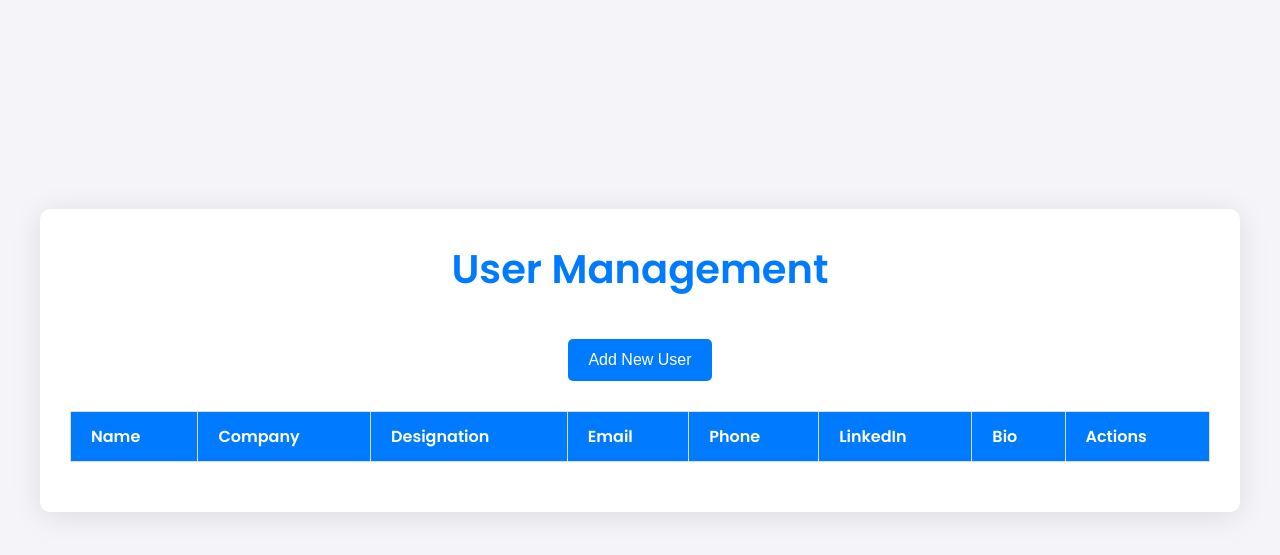
Repository: anazhtz/index
Page: index.html
The author's editor kept a copy of each file at every save. The page is drawn from the files as they stood at one save, then again after the next save.
The browser window is 1280 px wide. The pictures show the whole page.

Above is the page before, as saved 2024-11-14 15:18:04.

### index.html
<!DOCTYPE html>
<html lang="en">
<head>
    <meta charset="UTF-8">
    <meta name="viewport" content="width=device-width, initial-scale=1.0">
    <meta http-equiv="X-UA-Compatible" content="ie=edge">
    <title>User Management - CRUD</title>
    <link href="https://fonts.googleapis.com/css2?family=Poppins:wght@300;400;500;600&display=swap" rel="stylesheet">
    <link rel="stylesheet" href="styles.css">
</head>
<body>
    <div class="container">
        <header>
            <h1>User Management</h1>
        </header>

        <div class="actions">
            <button class="btn add-btn" id="addBtn">Add New User</button>
        </div>

        <!-- Table to display users -->
        <div class="table-container">
            <table id="userTable">
                <thead>
                    <tr>
                        <th>Name</th>
                        <th>Company</th>
                        <th>Designation</th>
                        <th>Email</th>
                        <th>Phone</th>
                        <th>LinkedIn</th>
                        <th>Bio</th>
                        <th>Actions</th>
                    </tr>
                </thead>
                <tbody id="userTableBody">
                    <!-- User rows will be added dynamically -->
                </tbody>
            </table>
        </div>
    </div>

    <!-- User Form Modal -->
    <div class="modal" id="userModal">
        <div class="modal-content">
            <span class="close-btn" id="closeModal">&times;</span>
            <h2 id="modalTitle">Add New User</h2>
            <form id="userForm">
                <input type="hidden" id="userId">
                <input type="text" id="userName" placeholder="Full Name" required>
                <input type="text" id="userCompany" placeholder="Company Name" required>
                <input type="text" id="userDesignation" placeholder="Designation" required>
                <input type="email" id="userEmail" placeholder="Email Address" required>
                <input type="text" id="userPhone" placeholder="Phone Number" required>
                <input type="text" id="userLinkedin" placeholder="LinkedIn URL" required>
                <textarea id="userBio" placeholder="Short Bio" required></textarea>
                <button type="submit" class="btn">Save User</button>
            </form>
        </div>
    </div>

    <script src="script.js"></script>
</body>
</html>

### styles.css
/* General Reset */
* {
    margin: 0;
    padding: 0;
    box-sizing: border-box;
}

/* Body Styling */
body {
    font-family: 'Poppins', sans-serif;
    background-color: #f4f4f9;
    color: #333;
    display: flex;
    justify-content: center;
    align-items: center;
    height: 100vh;
    margin: 0;
}

/* Main Container */
.container {
    width: 100%;
    max-width: 1200px;
    background-color: #fff;
    padding: 30px;
    border-radius: 10px;
    box-shadow: 0 4px 30px rgba(0, 0, 0, 0.1);
    overflow: hidden;
}

/* Header Section */
header {
    text-align: center;
    margin-bottom: 40px;
}

header h1 {
    font-size: 2.5rem;
    color: #007bff;
    font-weight: 600;
}

/* Buttons */
button {
    background-color: #007bff;
    color: #fff;
    padding: 12px 20px;
    border: none;
    border-radius: 5px;
    font-size: 1rem;
    cursor: pointer;
    transition: background-color 0.3s ease;
}

button:hover {
    background-color: #0056b3;
}

/* Action Section */
.actions {
    text-align: center;
    margin-bottom: 30px;
}

/* Table Section */
.table-container {
    margin-top: 30px;
    overflow-x: auto;
}

table {
    width: 100%;
    border-collapse: collapse;
    margin-bottom: 20px;
}

table th, table td {
    padding: 12px 20px;
    text-align: left;
    border: 1px solid #ddd;
}

table th {
    background-color: #007bff;
    color: white;
    font-weight: 600;
}

table td {
    background-color: #f9f9f9;
}

table tr:hover {
    background-color: #f1f1f1;
}

/* Modal Styling */
.modal {
    display: none;
    position: fixed;
    top: 0;
    left: 0;
    width: 100%;
    height: 100%;
    background: rgba(0, 0, 0, 0.5);
    justify-content: center;
    align-items: center;
    z-index: 1000;
}

.modal-content {
    background-color: #fff;
    padding: 40px;
    width: 500px;
    border-radius: 10px;
    box-shadow: 0 6px 30px rgba(0, 0, 0, 0.1);
}

.close-btn {
    font-size: 30px;
    color: #333;
    position: absolute;
    top: 20px;
    right: 20px;
    cursor: pointer;
}

textarea {
    width: 100%;
    padding: 12px;
    margin-bottom: 20px;
    border: 1px solid #ddd;
    border-radius: 5px;
    font-size: 1rem;
    resize: vertical;
}

input[type="text"], input[type="email"] {
    width: 100%;
    padding: 12px;
    margin-bottom: 20px;
    border: 1px solid #ddd;
    border-radius: 5px;
    font-size: 1rem;
}

/* Responsive Design */
@media (max-width: 768px) {
    .modal-content {
        width: 90%;
    }

    table {
        font-size: 14px;
    }
}

### script.js
let users = [];

// Modal and form elements
const userModal = document.getElementById("userModal");
const closeModal = document.getElementById("closeModal");
const userForm = document.getElementById("userForm");

// Add/Edit user fields
const userName = document.getElementById("userName");
const userCompany = document.getElementById("userCompany");
const userDesignation = document.getElementById("userDesignation");
const userEmail = document.getElementById("userEmail");
const userPhone = document.getElementById("userPhone");
const userLinkedin = document.getElementById("userLinkedin");
const userBio = document.getElementById("userBio");
const userId = document.getElementById("userId");

// User table body
const userTableBody = document.getElementById("userTableBody");

// Open modal to add a new user
document.getElementById("addBtn").addEventListener("click", () => {
    document.getElementById("modalTitle").textContent = "Add New User";
    userForm.reset();
    userId.value = '';
    userModal.style.display = "flex";
});

// Close modal
closeModal.addEventListener("click", () => {
    userModal.style.display = "none";
});

// Handle user form submission (Add/Edit)
userForm.addEventListener("submit", (e) => {
    e.preventDefault();

    const newUser = {
        id: userId.value || Date.now().toString(),
        name: userName.value,
        company: userCompany.value,
        designation: userDesignation.value,
        email: userEmail.value,
        phone: userPhone.value,
        linkedin: userLinkedin.value,
        bio: userBio.value
    };

    if (userId.value) {
        // Update existing user
        const index = users.findIndex(user => user.id === userId.value);
        users[index] = newUser;
    } else {
        // Add new user
        users.push(newUser);
    }

    renderUsers();
    userModal.style.display = "none";
});

// Edit user
function editUser(userId) {
    const user = users.find(u => u.id === userId);
    userName.value = user.name;
    userCompany.value = user.company;
    userDesignation.value = user.designation;
    userEmail.value = user.email;
    userPhone.value = user.phone;
    userLinkedin.value = user.linkedin;
    userBio.value = user.bio;
    document.getElementById("modalTitle").textContent = "Edit User";
    userId.value = user.id;
    userModal.style.display = "flex";
}

// Delete user
function deleteUser(userId) {
    users = users.filter(user => user.id !== userId);
    renderUsers();
}

// Render user list in table
function renderUsers() {
    userTableBody.innerHTML = '';
    users.forEach(user => {
        const row = document.createElement('tr');
        row.innerHTML = `
            <td>${user.name}</td>
            <td>${user.company}</td>
            <td>${user.designation}</td>
            <td>${user.email}</td>
            <td>${user.phone}</td>
            <td><a href="${user.linkedin}" target="_blank">Profile</a></td>
            <td>${user.bio}</td>
            <td>
                <button class="btn edit-btn" onclick="editUser('${user.id}')">Edit</button>
                <button class="btn delete-btn" onclick="deleteUser('${user.id}')">Delete</button>
            </td>
        `;
        userTableBody.appendChild(row);
    });
}

// Initial render
renderUsers();

After the next save:
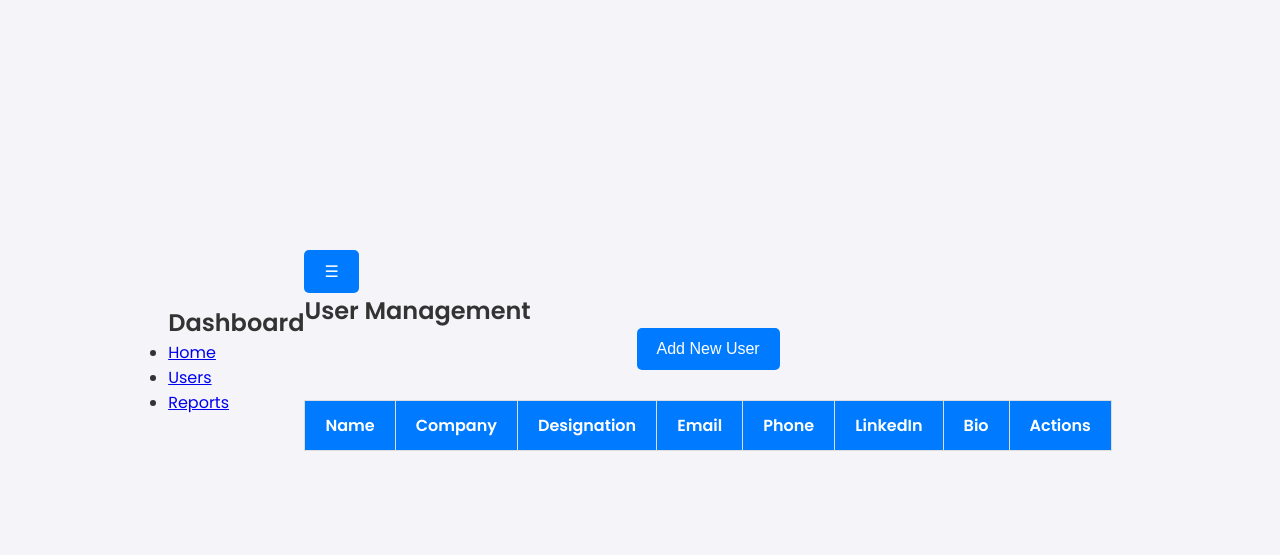
Saved 2 min 40 s later.
--- a/index.html
+++ b/index.html
@@ -9,34 +9,56 @@
     <link rel="stylesheet" href="styles.css">
 </head>
 <body>
-    <div class="container">
-        <header>
-            <h1>User Management</h1>
-        </header>
+    <!-- Sidebar -->
+    <div class="sidebar">
+        <div class="sidebar-header">
+            <h2>Dashboard</h2>
+        </div>
+        <ul class="sidebar-links">
+            <li><a href="#">Home</a></li>
+            <li><a href="#">Users</a></li>
+            <li><a href="#">Reports</a></li>
+        </ul>
+    </div>
 
-        <div class="actions">
-            <button class="btn add-btn" id="addBtn">Add New User</button>
+    <!-- Main Content Area -->
+    <div class="main-content">
+        <!-- Top Bar -->
+        <div class="top-bar">
+            <div class="top-bar-left">
+                <button class="menu-toggle" id="menuToggle">☰</button>
+            </div>
+            <div class="top-bar-right">
+                <h2>User Management</h2>
+            </div>
         </div>
 
-        <!-- Table to display users -->
-        <div class="table-container">
-            <table id="userTable">
-                <thead>
-                    <tr>
-                        <th>Name</th>
-                        <th>Company</th>
-                        <th>Designation</th>
-                        <th>Email</th>
-                        <th>Phone</th>
-                        <th>LinkedIn</th>
-                        <th>Bio</th>
-                        <th>Actions</th>
-                    </tr>
-                </thead>
-                <tbody id="userTableBody">
-                    <!-- User rows will be added dynamically -->
-                </tbody>
-            </table>
+        <!-- Content Section -->
+        <div class="content">
+            <div class="actions">
+                <button class="btn add-btn" id="addBtn">Add New User</button>
+            </div>
+
+            <!-- Table to display users -->
+            <div class="table-container">
+                <table id="userTable">
+                    <thead>
+                        <tr>
+                            <th>Name</th>
+                            <th>Company</th>
+                            <th>Designation</th>
+                            <th>Email</th>
+                            <th>Phone</th>
+                            <th>LinkedIn</th>
+                            <th>Bio</th>
+                            <th>Actions</th>
+                        </tr>
+                    </thead>
+                    <tbody id="userTableBody">
+                        <!-- User rows will be added dynamically -->
+                    </tbody>
+                </table>
+            </div>
         </div>
     </div>
 
